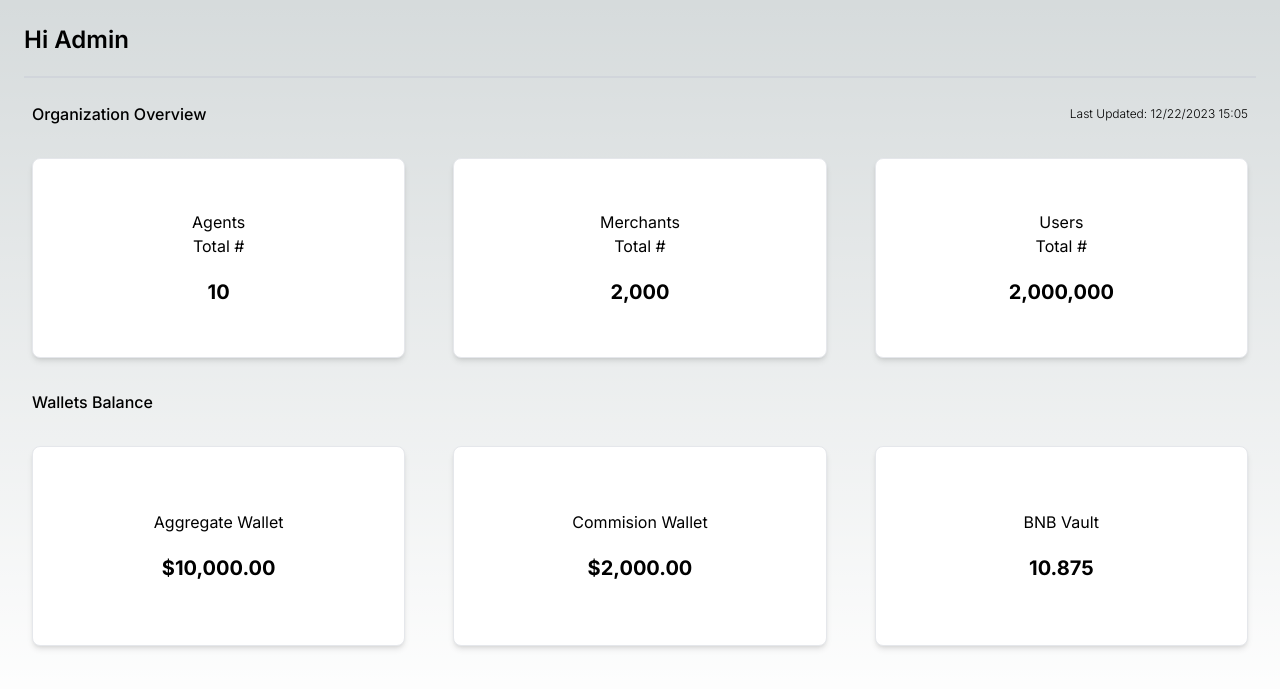
Repository: khairul35/merchant-dashboard
Page: /home
The author's editor kept a copy of each file at every save. The page is drawn from the files as they stood at one save, then again after the next save.
The browser window is 1280 px wide. The pictures show the whole page.
The project was rebuilt for these pictures with package versions that can differ from the ones it lists, and the page was loaded fresh each time. The framework's server and built-in components were replaced by stand-ins that run in the browser. Also part of the build but not shown: next.config.js, app/components/layout/Header/index.module.css, app/components/layout/Header/index.component.tsx, app/components/layout/Navigation/index.module.css, app/components/layout/Navigation/index.component.tsx, app/components/layout/Navigation/menus.tsx.

Above is the page before, as saved 2024-01-03 17:37:00.

### app/layout.tsx
import type { Metadata } from 'next'
import { Inter } from 'next/font/google'
import Header from './components/layout/Header';
import Navigation from './components/layout/Navigation';
import { NotificationProvider } from './components/notification/NotificationContext.client';
import './globals.css';

const inter = Inter({ subsets: ['latin'] })

export const metadata: Metadata = {
  title: 'Merchant apps',
  description: 'Merchant web app',
}

export default function RootLayout({
  children,
}: {
  children: React.ReactNode
}) {
  return (
    <html lang="en">
      <body className={inter.className}>
        <NotificationProvider>
          <div className='flex flex-col h-screen overflow-hidden'>
            <Header />
            <div
              className="flex flex-1"
              style={{
                maxHeight: 'calc(100vh - 77px)',
              }}>
              <Navigation />
              <main className="flex-1 p-4">{children}</main>
            </div>
          </div>
        </NotificationProvider>
      </body>
    </html>
  )
}

### app/home/page.tsx
import Component from "./index.component";
import { HomeProps } from "./index.prop";

const Home = () => {
    const name = 'Admin';
    const organizationOverview = {
        totalAgents: 10,
        totalMerchants: 2000,
        totalUsers: 2000000
    };

    const wallets = {
        aggregateWallet: 10000,
        commisionWallet: 2000,
        BNBVault: 10.875,
    }

    const props: HomeProps = {
        name,
        organizationOverview,
        wallets
    }
    return (<Component {...props} />)
};

export default Home;

### app/components/layout/Header/index.tsx
'use client';

import { useEffect } from "react";
import Component from './index.component'
import { HeaderProps } from "./index.props";

const Header = () => {

    const onLogOut = () => {
        window.localStorage.setItem('isLogin', 'false');
        window.location.href = '/login';
    };

    useEffect(() => {
        if (window.localStorage.getItem('isLogin') == 'true') {
        }
    }, []);

    const props: HeaderProps = {
        onLogOut
    }

    return window.localStorage.getItem('isLogin') == 'true' ?
        (
            <Component {...props} />
        )
        : (<></>)
};

export default Header;

### app/components/layout/Navigation/index.tsx
'use client'

import Component from "./index.component";
import { NavigationProps } from "./index.props";
import { useState, useEffect } from 'react';
import { menus } from "./menus";

const Navigation = () => {

    const [currentPath, setCurrentPath] = useState<string>('');

    useEffect(() => {
        setCurrentPath(window.location.pathname);
    }, []);

    const props: NavigationProps = {
        menus,
        path: currentPath,
        setCurrentPath,
    }

    return window.localStorage.getItem('isLogin') == 'true' ?
        (
            <Component {...props} />
        )
        : (<></>)
};

export default Navigation;

### app/components/notification/NotificationContext.client.tsx
'use client';
import React, { createContext, useContext, useState } from 'react';

type NotificationType = 'success' | 'error' | 'loading';

type Notification = {
  message: string;
  type: NotificationType;
};

type NotificationContextType = {
  notification: Notification | null;
  showNotification: (message: string, type: NotificationType) => void;
  closeNotification: () => void;
};

const NotificationContext = createContext<NotificationContextType | null>(null);

interface NotificationProviderProps {
  children: React.ReactNode;
}

export const useNotification = () => {
  const context = useContext(NotificationContext);
  if (!context) {
    throw new Error('useNotification must be used within a NotificationProvider');
  }
  return context;
};

export const NotificationProvider: React.FC<NotificationProviderProps> = ({ children }) => {
  const [notification, setNotification] = useState<Notification | null>(null);

  const closeNotification = () => {
    setNotification(null);
  };

  const showNotification = (message: string, type: NotificationType) => {
    setNotification({ message, type });
    setTimeout(() => {
      closeNotification();
    }, 5000);
  };

  const value: NotificationContextType = {
    notification,
    showNotification,
    closeNotification,
  };

  return (
    <NotificationContext.Provider value={value}>
      {children}
    </NotificationContext.Provider>
  );
};

### app/globals.css
@tailwind base;
@tailwind components;
@tailwind utilities;

:root {
  --foreground-rgb: 0, 0, 0;
  --background-start-rgb: 214, 219, 220;
  --background-end-rgb: 255, 255, 255;
}

body {
  color: rgb(var(--foreground-rgb));
  background: linear-gradient(
      to bottom,
      transparent,
      rgb(var(--background-end-rgb))
    )
    rgb(var(--background-start-rgb));
    margin: 0;
    padding: 0;
}

### app/home/index.component.tsx
import { HomeProps } from "./index.prop";
import styles from './index.module.css';
import OrganizationOverview from './organization-overview';
import Wallet from './wallet-balance';


const Component = (props: HomeProps) => {
    const { name, organizationOverview, wallets } = props;

    return (
        <div>
            <div className="p-2">
                <h2 className="font-semibold text-2xl pb-5 border-b-2 border-y-gray-300">Hi { name }</h2>
            </div>
            <OrganizationOverview {...organizationOverview} />
            <Wallet {...wallets} />
        </div>
    )
};

export default Component;

### app/home/organization-overview/index.tsx
import Component from "./index.component";
import { OrganizationOverviewProps } from "./index.prop";

const OrganizationOverview = (props: OrganizationOverviewProps) => {
    const { totalAgents, totalMerchants, totalUsers } = props;

    const organizationOverviewProps: OrganizationOverviewProps = {
        totalAgents,
        totalMerchants,
        totalUsers,
    }
    return (<Component {...organizationOverviewProps} />)
};

export default OrganizationOverview;

### app/home/wallet-balance/index.tsx
import { WalletProps } from "./index.prop";
import Component from "./index.component";

const WalletBalance = (props: WalletProps) => {
    return (<Component {...props} />)
};

export default WalletBalance;

### app/home/organization-overview/index.component.tsx
import Card from "@/app/components/card";
import { OrganizationOverviewProps } from "./index.prop";
import styles from './index.module.css';
import { formatNumberToComma } from "@/utils/formatNumberToComma";

const Component = (props: OrganizationOverviewProps) => {
    const { totalAgents, totalMerchants, totalUsers } = props;

    return (
        <div>
            <div className="grid grid-cols-1 sm:grid-cols-2 gap-4">
                <div className="p-4 font-medium">Organization Overview</div>
                <div className="p-4 font-light text-xs flex justify-end items-center ">Last Updated: 12/22/2023 15:05</div>
            </div>
            <div className="grid grid-cols-1 sm:grid-cols-2 md:grid-cols-2 lg:grid-cols-3 gap-4">
                <div className="p-4">
                    <Card className={styles.organizationOverviewCard}>
                        <div style={{textAlign: 'center'}}>Agents<br />Total #</div>
                        <div className="font-bold text-xl pt-5">
                            {formatNumberToComma(totalAgents)}
                        </div>
                    </Card>
                </div>
                <div className="p-4">
                    <Card className={styles.organizationOverviewCard}>
                        <div style={{textAlign: 'center'}}>Merchants<br />Total #</div>
                        <div className="font-bold text-xl pt-5">
                            {formatNumberToComma(totalMerchants)}
                        </div>
                    </Card>
                </div>
                <div className="p-4">
                    <Card className={styles.organizationOverviewCard}>
                        <div style={{textAlign: 'center'}}>Users<br />Total #</div>
                        <div className="font-bold text-xl pt-5">
                            {formatNumberToComma(totalUsers)}
                        </div>
                    </Card>
                </div>
            </div>
        </div>
    )
};

export default Component;

### app/home/wallet-balance/index.component.tsx
import Card from "@/app/components/card";
import { WalletProps } from "./index.prop";
import styles from './index.module.css';
import { formatMoney } from "@/utils/formatMoney";

const Component = (props: WalletProps) => {
    const { aggregateWallet, commisionWallet, BNBVault } = props;
    return (
        <div>
            <div className="grid grid-cols-1 sm:grid-cols-2 gap-4">
                <div className="p-4 font-medium">Wallets Balance</div>
            </div>
            <div className="grid grid-cols-1 sm:grid-cols-2 md:grid-cols-2 lg:grid-cols-3 gap-4">
                <div className="p-4">
                    <Card className={styles.walletCard}>
                        <div style={{textAlign: 'center'}}>Aggregate Wallet</div>
                        <div className="font-bold text-xl pt-5">
                            {formatMoney(aggregateWallet, 'USD')}
                        </div>
                    </Card>
                </div>
                <div className="p-4">
                    <Card className={styles.walletCard}>
                        <div style={{textAlign: 'center'}}>Commision Wallet</div>
                        <div className="font-bold text-xl pt-5">
                            {formatMoney(commisionWallet, 'USD')}
                        </div>
                    </Card>
                </div>
                <div className="p-4">
                    <Card className={styles.walletCard}>
                        <div style={{textAlign: 'center'}}>BNB Vault</div>
                        <div className="font-bold text-xl pt-5">
                            {BNBVault}
                        </div>
                    </Card>
                </div>
            </div>
        </div>
    );
};

export default Component;

### app/components/card/index.tsx
'use client';

import React, { ReactNode } from 'react';

interface CardProps {
  children: ReactNode;
  className?: string;
  style?: React.CSSProperties;
  onClick?: () => void;
  hoverClassName?: string;
}

const Card: React.FC<CardProps> = ({
  children,
  className = '',
  style = {},
  onClick,
  hoverClassName = '',
}) => {
  const handleMouseEnter = () => {
    // Add hover effect on mouse enter if hoverClassName is provided
    if (hoverClassName) {
      const card = document.getElementById('card');
      card?.classList.add(hoverClassName);
    }
  };

  const handleMouseLeave = () => {
    // Remove hover effect on mouse leave if hoverClassName is provided
    if (hoverClassName) {
      const card = document.getElementById('card');
      card?.classList.remove(hoverClassName);
    }
  };

  return (
    <div
      id="card"
      className={`rounded-lg bg-white shadow-md p-6 border border-gray-200 ${className}`}
      style={style}
      onClick={onClick}
      onMouseEnter={handleMouseEnter}
      onMouseLeave={handleMouseLeave}
    >
      {children}
    </div>
  );
};

export default Card;

### app/home/organization-overview/index.module.css
.organizationOverviewCard {
    height: 200px;
    display: flex;
    justify-content: center; /* Horizontally aligns items */
    align-items: center;
    flex-direction: column;
}

### utils/formatNumberToComma.ts
export const formatNumberToComma = (n: number) : string => {
    if (!n) return '0';
    return n.toString().replace(/\B(?=(\d{3})+(?!\d))/g, ',');
};

### app/home/wallet-balance/index.module.css
.walletCard {
    height: 200px;
    display: flex;
    justify-content: center; /* Horizontally aligns items */
    align-items: center;
    flex-direction: column;
}

### utils/formatMoney.ts
export const formatMoney = (amount: number, currency: string): string => {
    const formatter = new Intl.NumberFormat('en-US', {
        style: 'currency',
        currency: currency,
    });
    return formatter.format(amount);
};

### tailwind.config.ts
import type { Config } from 'tailwindcss'

const config: Config = {
  content: [
    './pages/**/*.{js,ts,jsx,tsx,mdx}',
    './components/**/*.{js,ts,jsx,tsx,mdx}',
    './app/**/*.{js,ts,jsx,tsx,mdx}',
  ],
  theme: {
    extend: {
      backgroundImage: {
        'gradient-radial': 'radial-gradient(var(--tw-gradient-stops))',
        'gradient-conic':
          'conic-gradient(from 180deg at 50% 50%, var(--tw-gradient-stops))',
      },
      backgroundColor: {
        'bg-color': '#EAEAEA', // Define a custom background color class
      },
      button: {
        'primary': '#7A7A7A',
      },
      fontWeight: {
        'label': '600',
      },
    },
  },
  plugins: [require("daisyui")],
  daisyui: {
    themes: [
      {
        mytheme: {
          "primary": "##7A7A7A",
          "secondary": "#d926a9",
          "accent": "#1fb2a6",
          "neutral": "#2a323c",
          "base-100": "#1d232a",
          "info": "#3abff8",
          "success": "#36d399",
          "warning": "#fbbd23",
          "error": "#f87272",
        },
      },
    ],
  },
}
export default config

After the next save:
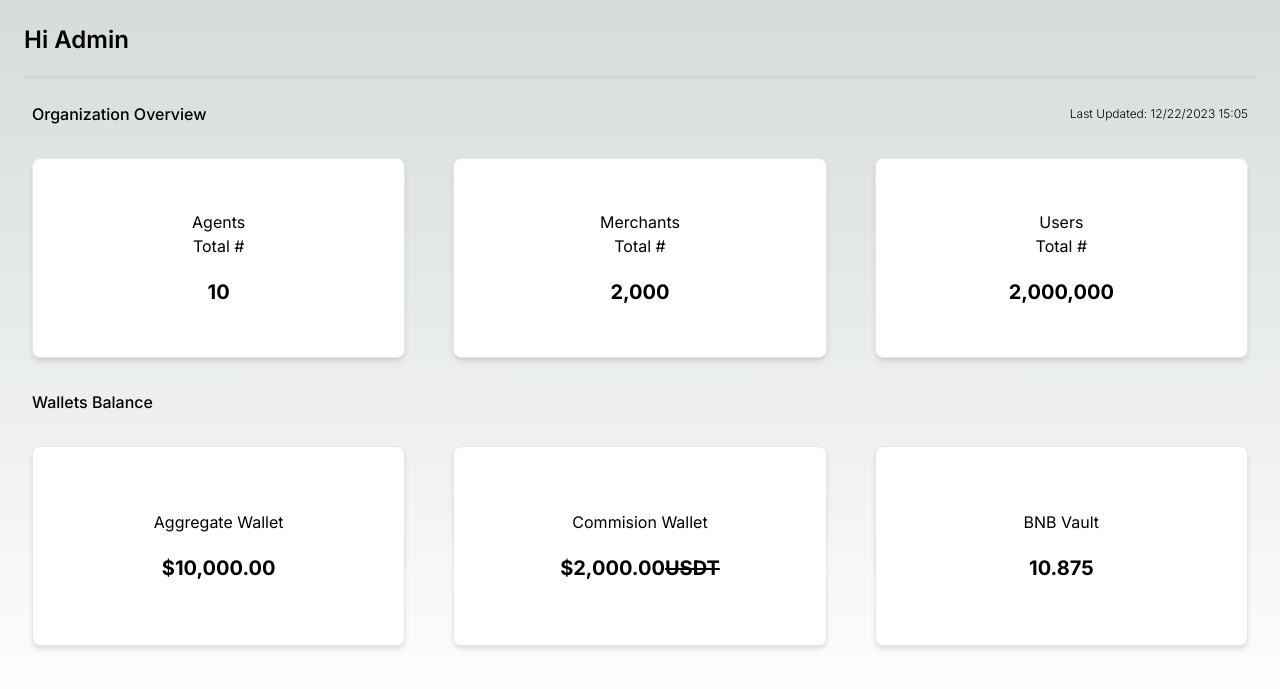
Saved 26 s later.
--- a/app/home/wallet-balance/index.component.tsx
+++ b/app/home/wallet-balance/index.component.tsx
@@ -24,6 +24,7 @@
                         <div style={{textAlign: 'center'}}>Commision Wallet</div>
                         <div className="font-bold text-xl pt-5">
                             {formatMoney(commisionWallet, 'USD')}
+                            <s>USDT</s>
                         </div>
                     </Card>
                 </div>
